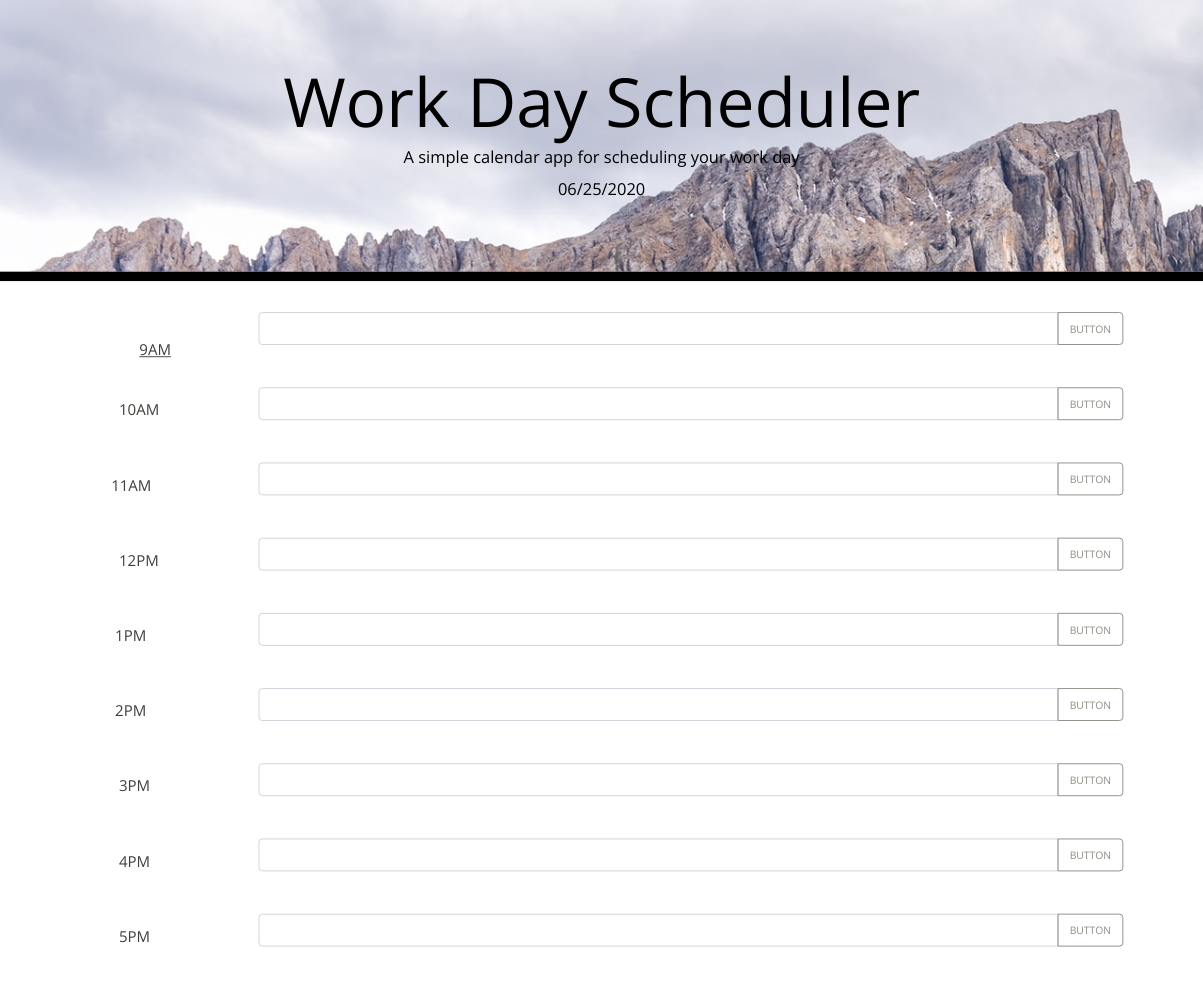
Repository: himaja830/Day-Planner
Page: Develop/index.html
The author's editor kept a copy of each file at every save. The page is drawn from the files as they stood at one save, then again after the next save.
The browser window is 1280 px wide. The pictures show the whole page, at 94% of full size.
Some web libraries are served in a nearby version.

Above is the page before, as saved 2020-06-25 15:02:50.

### Develop/index.html
<!DOCTYPE html>
<html lang="en">

<head>
  <meta charset="UTF-8" />
  <meta name="viewport" content="width=device-width, initial-scale=1.0" />
  <meta http-equiv="X-UA-Compatible" content="ie=edge" />
  <link rel="stylesheet" href="https://stackpath.bootstrapcdn.com/bootstrap/4.3.1/css/bootstrap.min.css" />
  <link href="https://stackpath.bootstrapcdn.com/bootswatch/4.5.0/sandstone/bootstrap.min.css" rel="stylesheet" integrity="sha384-ztQCCdmKhYHBDMV3AyR4QGZ2/z6veowJBbsmvDJW/sTuMpB9lpoubJuD0ODGSbjh" crossorigin="anonymous">
  <link rel="stylesheet" href="https://use.fontawesome.com/releases/v5.8.1/css/all.css"
    integrity="sha384-50oBUHEmvpQ+1lW4y57PTFmhCaXp0ML5d60M1M7uH2+nqUivzIebhndOJK28anvf" crossorigin="anonymous" />
  <link href="https://fonts.googleapis.com/css?family=Open+Sans&display=swap" rel="stylesheet" />
  <link rel="stylesheet" href="style.css" />
  <title>Work Day Scheduler</title>
</head>

<body>
  <header class="jumbotron">
    <h1 class="display-3">Work Day Scheduler</h1>
    <p class="lead">A simple calendar app for scheduling your work day</p>
    <p id="currentDay" class="lead"></p>
  </header>

  <!-- Timeblocks go here -->
  <div class="container">
    <form></form>
    <div class="row">
      <div class="col-2">
        <p class= "time">9AM</p>
      </div>
      <div class="input-group mb-3 col-10">
        <input type="text" class="form-control"  aria-label="Recipient's username"
          aria-describedby="button-addon2" id="9">
        <div class="input-group-append">
          <button class="btn btn-outline-secondary" type="button" id="button-addon9" data-time="9">Button</button>
        </div>
      </div>
    </div>
  </form>
    <form>
      <div class="row">
        <div class="col-2">
          10AM
        </div>
        <div class="input-group mb-3 col-10">
          <input type="text" class="form-control"  aria-label="Recipient's username"
            aria-describedby="button-addon2" id="10">
          <div class="input-group-append">
            <button class="btn btn-outline-secondary" type="button" id="button-addon10" data-time="10">Button</button>
          </div>
        </div>
      </div>
    </form>
    <div class="row">
      <div class="col-2">
        11AM
      </div>
      <div class="input-group mb-3 col-10">
        <input type="text" class="form-control"  aria-label="Recipient's username"
          aria-describedby="button-addon2" id="11">
        <div class="input-group-append">
          <button class="btn btn-outline-secondary" type="button" id="button-addon11" data-time="11">Button</button>
        </div>
      </div>
    </div>
  </form>

    <form>
      <div class="row">
        <div class="col-2" >
          12PM
        </div>
        <div class="input-group mb-3 col-10">
          <input type="text" class="form-control"  aria-label="Recipient's username"
            aria-describedby="button-addon2" id="12">
          <div class="input-group-append">
            <button class="btn btn-outline-secondary" type="button" id="button-addon12" data-time="12">Button</button>
          </div>
        </div>
      </div>
    </form>

    <form>
      <div class="row">
        <div class="col-2">
         1PM
        </div>
        <div class="input-group mb-3 col-10">
          <input type="text" class="form-control"  aria-label="Recipient's username"
            aria-describedby="button-addon2" id="1">
          <div class="input-group-append">
            <button class="btn btn-outline-secondary" type="button" id="button-addon1" data-time="1">Button</button>
          </div>
        </div>
      </div>
    </form>

    <form>
      <div class="row">
        <div class="col-2">
         2PM
        </div>
        <div class="input-group mb-3 col-10">
          <input type="text" class="form-control"  aria-label="Recipient's username"
            aria-describedby="button-addon2" id="2">
          <div class="input-group-append">
            <button class="btn btn-outline-secondary" type="button" id="button-addon2" data-time="2">Button</button>
          </div>
        </div>
      </div>
    </form>
    <form>
      <div class="row">
        <div class="col-2">
          3PM
        </div>
        <div class="input-group mb-3 col-10">
          <input type="text" class="form-control"  aria-label="Recipient's username"
            aria-describedby="button-addon2" id="3">
          <div class="input-group-append">
            <button class="btn btn-outline-secondary" type="button" id="button-addon3" data-time="3">Button</button>
          </div>
        </div>
      </div>
    </form>

    <form>
      <div class="row">
        <div class="col-2">
          4PM
        </div>
        <div class="input-group mb-3 col-10">
          <input type="text" class="form-control"  aria-label="Recipient's username"
            aria-describedby="button-addon2" id="4">
          <div class="input-group-append">
            <button class="btn btn-outline-secondary" type="button" id="button-addon4" data-time="4">Button</button>
          </div>
        </div>
      </div>
    </form>

    <form>
      <div class="row">
        <div class="col-2">
          5PM
        </div>
        <div class="input-group mb-3 col-10">
          <input type="text" class="form-control"  aria-label="Recipient's username"
            aria-describedby="button-addon2" id="5">
          <div class="input-group-append">
            <button class="btn btn-outline-secondary" type="button" id="button-addon5" data-time="5">Button</button>
          </div>
        </div>
      </div>
    </form>
  </div>


  <script src="https://code.jquery.com/jquery-3.4.1.min.js"></script>
  <script src="https://cdnjs.cloudflare.com/ajax/libs/moment.js/2.24.0/moment.min.js"></script>
  <script src="script.js"></script>
</body>

</html>

### Develop/style.css
body {
  font-family: 'Open Sans', sans-serif;
  font-size: 16px;
  line-height: 1;
}

textarea{
  background: transparent;
  border: none;
  resize: none;
  color: #000000;
  border-left: 1px solid black;
  padding: 10px;
}

.jumbotron {
  text-align: center;
  background-color: transparent;
  font-weight: bolder;
  color: black;
  border-radius: 0;
  border-bottom: 10px solid black;
  background-image: url("riccardo-chiarini-2VDa8bnLM8c-unsplash (2).jpg");
}

.description{
  white-space: pre-wrap;
}

.time-block{
  text-align: center;
  border-radius: 15px;
}

.row {
  white-space: pre-wrap;
  height: 80px;
  border-top: 1px solid white;;
}

.hour {
  background-color: #ffffff;
  color: #000000;
  border-top: 1px dashed #000000;
}

.past {
  background-color: #d3d3d3;
  color: white;
}

.present {
  background-color: #ff6961;
  color: white;
}

.future {
  background-color: #77dd77;
  color: white;
}

.saveBtn {
  border-left: 1px solid black;
  border-top-right-radius: 15px;
  border-bottom-right-radius: 15px;
  background-color: #06AED5;
  color: white;
}
.time {
  text-align: center;
  text-decoration: underline;

}

.saveBtn i:hover {
  font-size: 20px;
  transition: all .3s ease-in-out;
}
.btn {
  height: 35px;
}
.bg-red {
  background-color: rgb(255, 1, 1);
}
.bg-green {

  background-color: rgba(8, 131, 8, 0.788);
}

.bg-gray {
  background-color: #cfdce9da;
}

### Develop/script.js
$(document).ready(() => {
    localStorage.setItem("userData",[]);


    var now = moment().format("MM/DD/YYYY");
    var date = $("#currentDay");
    date.text(now);



    $(".btn").on("click", function (event) {
        event.preventDefault();
        var inputText = event.target;
        var input = $(this).attr("data-time");
        var inputText = $(`#${input}`).val();
        localStorage.setItem("inputText",$(`#${input}`).val());
    })


    function setItemStorage(userData){
         var userData = getItem
    }

    $("input").each(function () {
        var inputText = parseInt($(this).attr("data-time"));
        if (inputText < now) {
            $(this).addClass("bg-gray");
        }


        if (inputText > now) {
            $(this).addClass("bg-green")
        }

        if (inputText === now) {
            $(this).addClass("bg-red")
        }
})


});

After the next save:
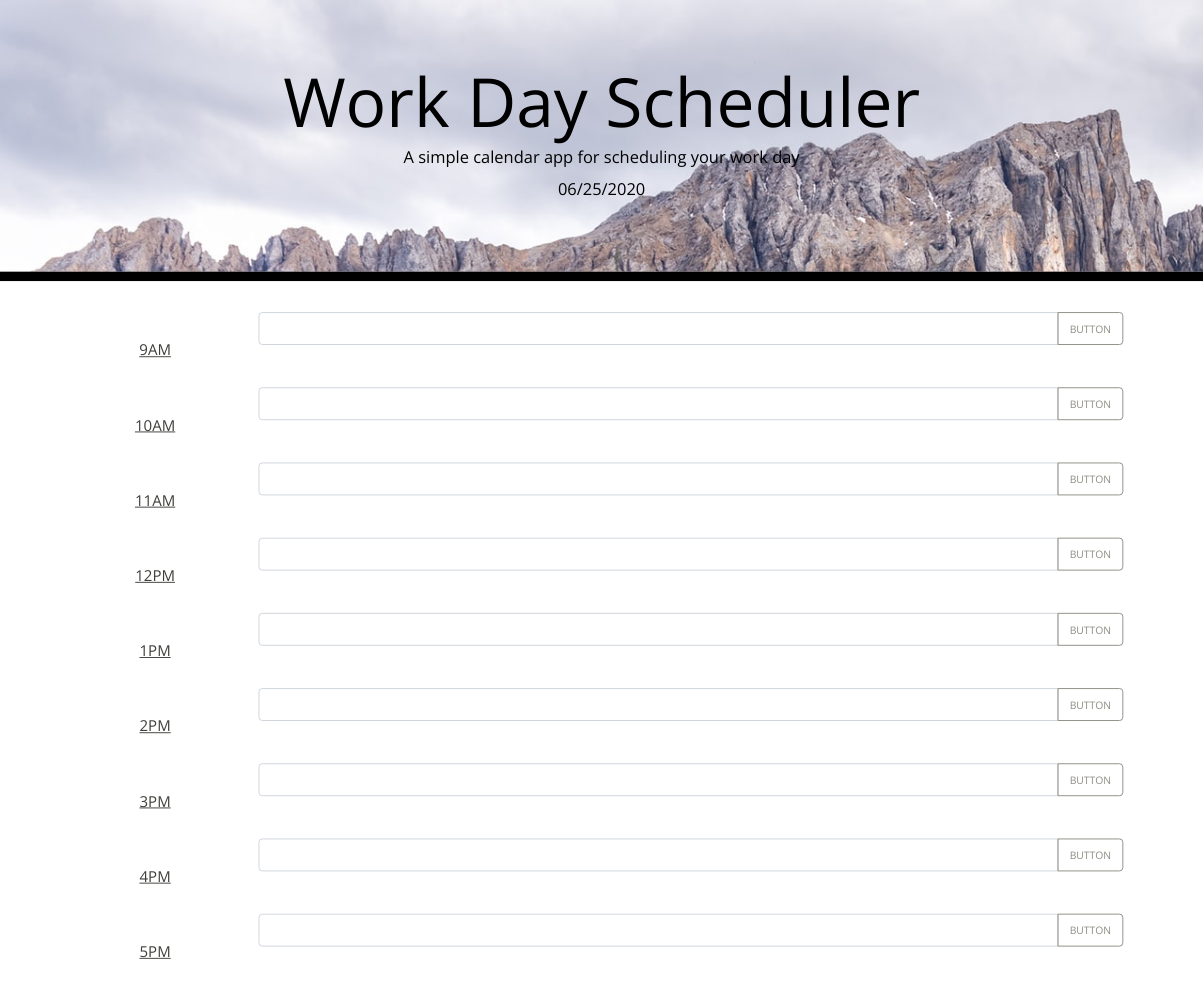
Saved 2 min 9 s later.
--- a/Develop/index.html
+++ b/Develop/index.html
@@ -40,7 +40,7 @@
     <form>
       <div class="row">
         <div class="col-2">
-          10AM
+          <p class="time">10AM</p>
         </div>
         <div class="input-group mb-3 col-10">
           <input type="text" class="form-control"  aria-label="Recipient's username"
@@ -53,7 +53,7 @@
     </form>
     <div class="row">
       <div class="col-2">
-        11AM
+        <p class="time">11AM</p>
       </div>
       <div class="input-group mb-3 col-10">
         <input type="text" class="form-control"  aria-label="Recipient's username"
@@ -68,7 +68,7 @@
     <form>
       <div class="row">
         <div class="col-2" >
-          12PM
+          <p class="time">12PM</p>
         </div>
         <div class="input-group mb-3 col-10">
           <input type="text" class="form-control"  aria-label="Recipient's username"
@@ -83,7 +83,7 @@
     <form>
       <div class="row">
         <div class="col-2">
-         1PM
+          <p class="time">1PM</p>
         </div>
         <div class="input-group mb-3 col-10">
           <input type="text" class="form-control"  aria-label="Recipient's username"
@@ -98,7 +98,7 @@
     <form>
       <div class="row">
         <div class="col-2">
-         2PM
+          <p class="time">2PM</p>
         </div>
         <div class="input-group mb-3 col-10">
           <input type="text" class="form-control"  aria-label="Recipient's username"
@@ -112,7 +112,7 @@
     <form>
       <div class="row">
         <div class="col-2">
-          3PM
+          <p class="time">3PM</p>
         </div>
         <div class="input-group mb-3 col-10">
           <input type="text" class="form-control"  aria-label="Recipient's username"
@@ -127,7 +127,7 @@
     <form>
       <div class="row">
         <div class="col-2">
-          4PM
+          <p class="time">4PM</p>
         </div>
         <div class="input-group mb-3 col-10">
           <input type="text" class="form-control"  aria-label="Recipient's username"
@@ -142,7 +142,7 @@
     <form>
       <div class="row">
         <div class="col-2">
-          5PM
+          <p class="time">5PM</p>
         </div>
         <div class="input-group mb-3 col-10">
           <input type="text" class="form-control"  aria-label="Recipient's username"
